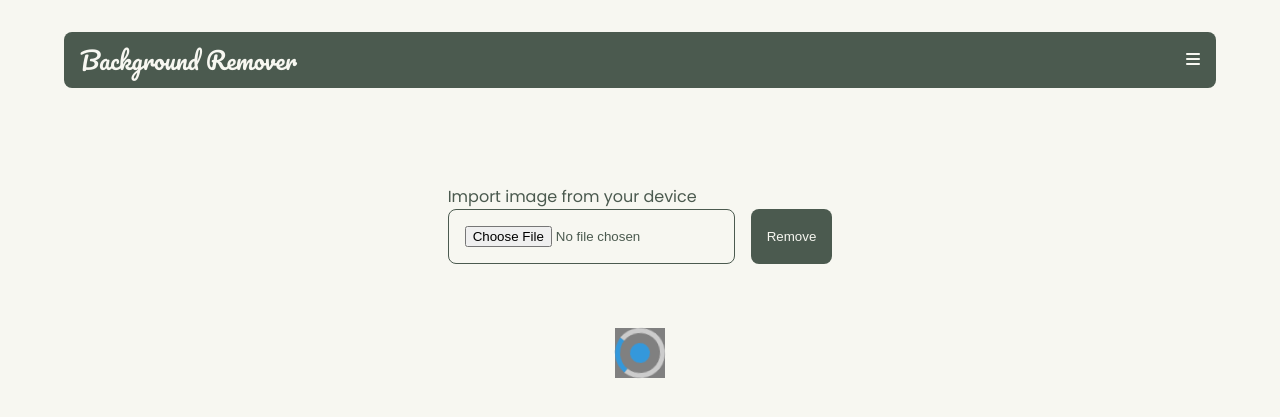
Repository: Oyasikelly/backgroundremover
Page: /
These files come from the project's save history. The page is drawn as it stood at one moment and after the next save; the edit follows.
The browser window is 1280 px wide. The pictures show the whole page.
Some web libraries are served in a nearby version. The project was rebuilt for these pictures with package versions that can differ from the ones it lists, and the page was loaded fresh each time. Also part of the build but not shown: vite.config.js, src/Components/SavedImages.jsx.

Above is the page before, as saved 2024-12-18 13:31:45.

After the next save:
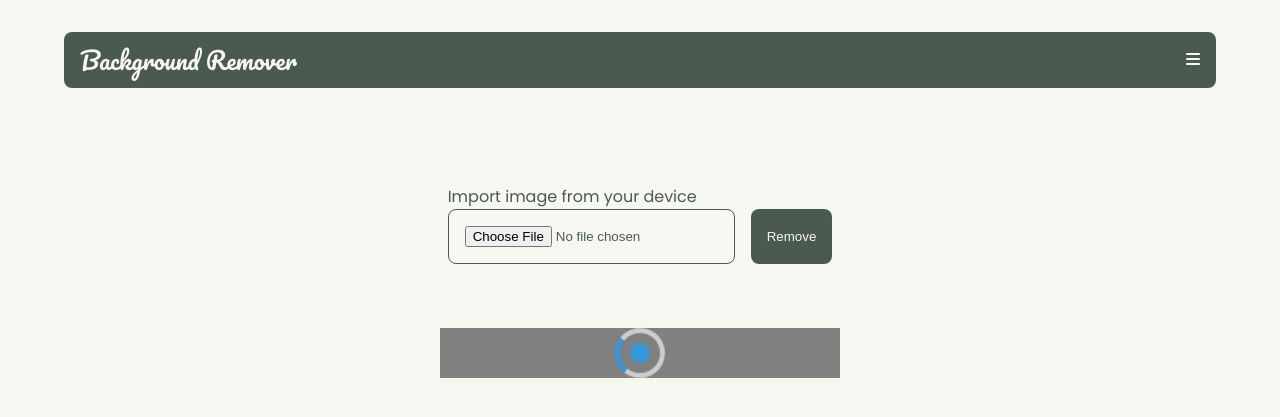
Saved 30 s later.
--- a/src/Components/Loading.jsx
+++ b/src/Components/Loading.jsx
@@ -24,7 +24,7 @@
     display: 'flex',
     justifyContent: 'center',
     alignItems: 'center',
-    width:"auto",
+    width:"400px",
     height: '100%', // Full screen height
     backgroundColor:"gray"
   },

After the save that followed:
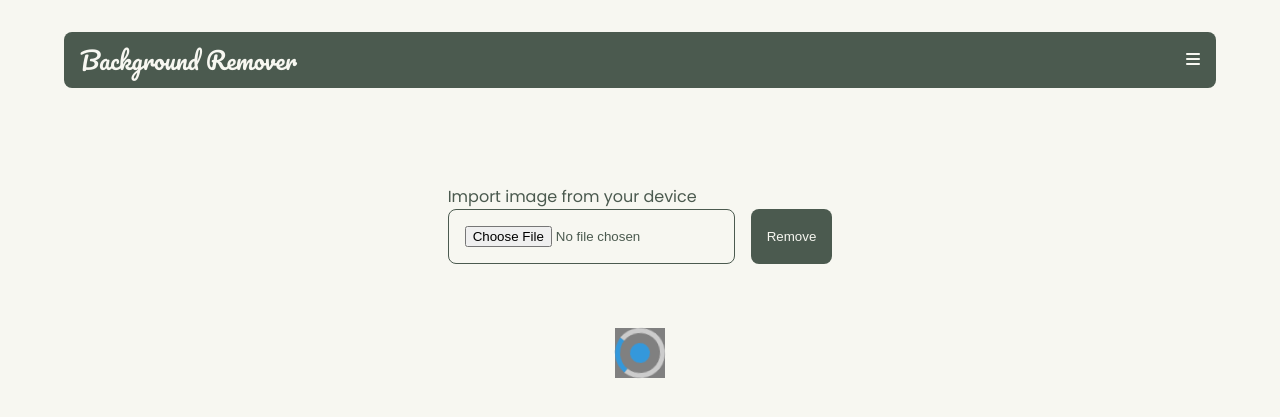
Saved 15 s later.
--- a/src/Components/Loading.jsx
+++ b/src/Components/Loading.jsx
@@ -24,7 +24,7 @@
     display: 'flex',
     justifyContent: 'center',
     alignItems: 'center',
-    width:"400px",
+    width:"100%",
     height: '100%', // Full screen height
     backgroundColor:"gray"
   },
